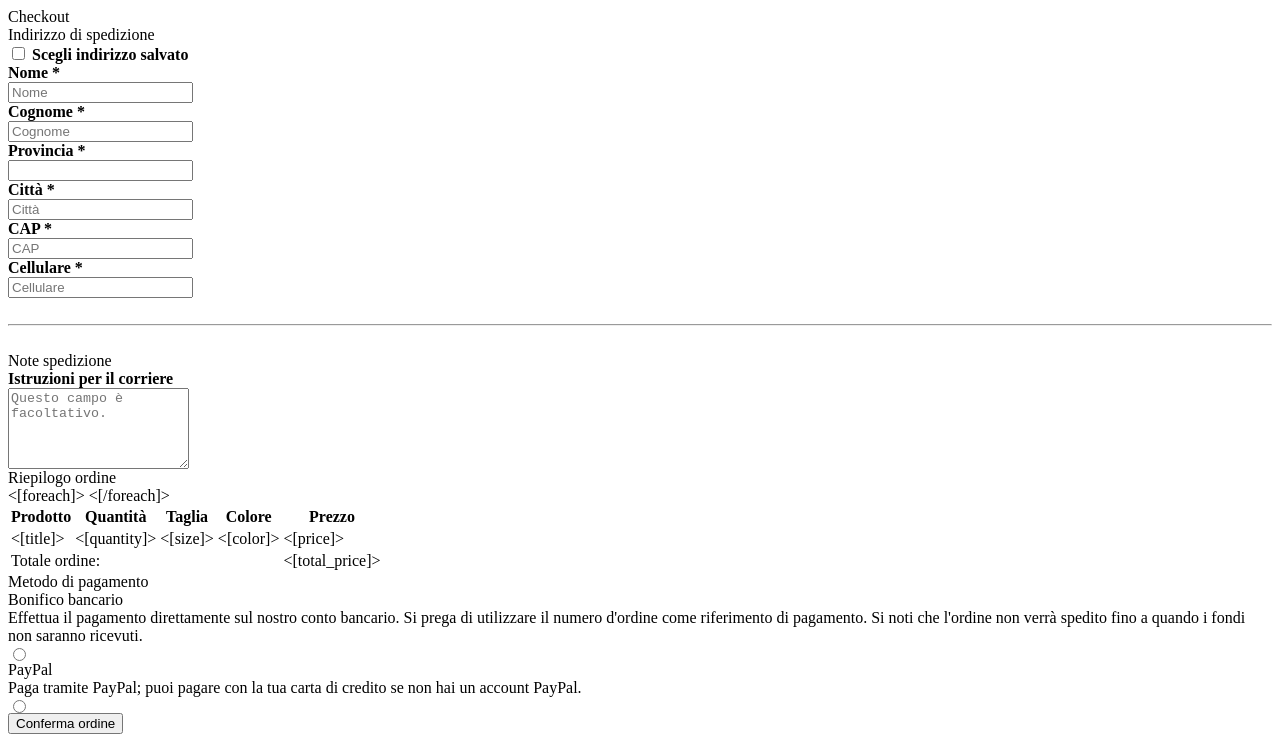
Repository: i4c0ni99/MotorShop
Page: skins/motor-html-package/motor/checkout.html
An editor plug-in stored every save of this project. The page is shown before and after the next save, followed by the edit.
The browser window is 1280 px wide. The pictures show the whole page.

Above is the page before, as saved 2024-10-21 17:54:41.

After the next save:
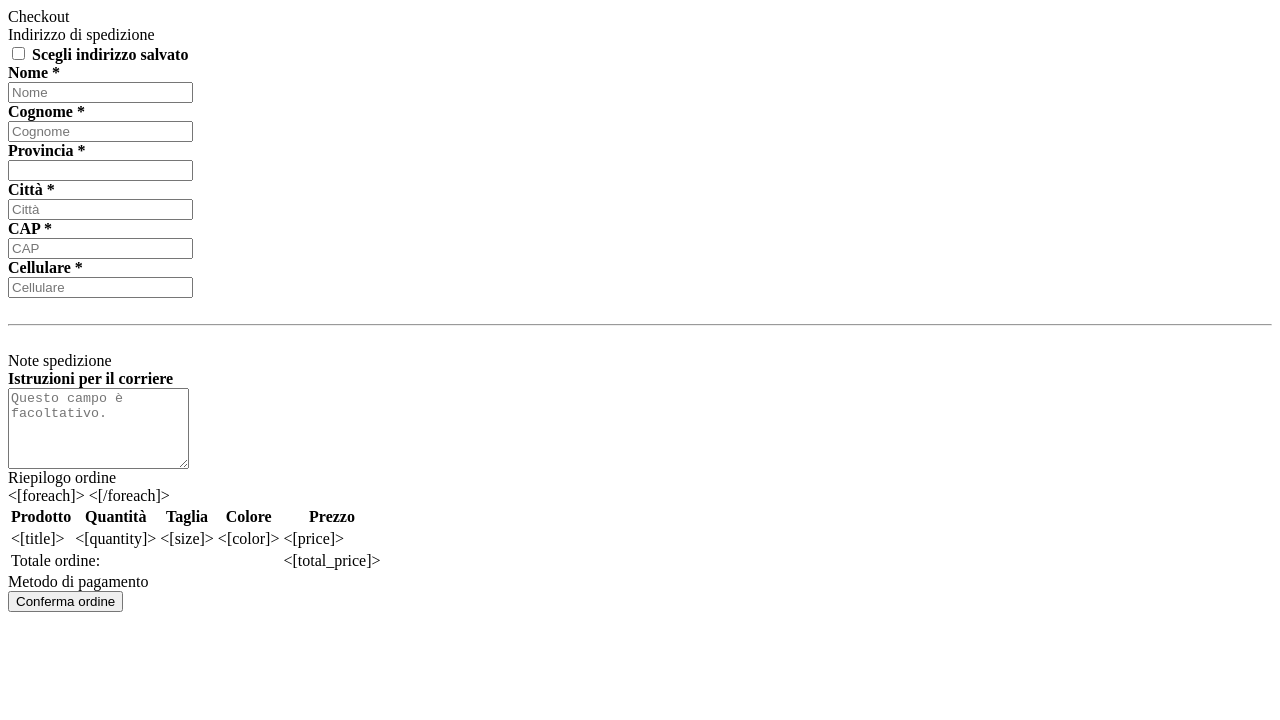
Saved 95 s later.
--- a/skins/motor-html-package/motor/checkout.html
+++ b/skins/motor-html-package/motor/checkout.html
@@ -186,33 +186,33 @@
                   <div class="text-main">Metodo di pagamento</div>
                 </div>
               </div>
-              <div class="well-2-body">
-                <div class="mv-block-style-38">
-                  <div class="block-38-list method-payment-list">
-                    <div class="item">
-                      <label class="block-38-header mv-btn mv-btn-style-4 btn-choose-method"><span class="block-38-visual-box"><span class="icon-checked"></span>
-                      </span><span class="block-38-title"><span class="title-text">Bonifico bancario</span></span><span class="block-38-minus-plus fa fa-plus"></span></label>
-                      <div class="block-38-body">
-                        <div class="block-38-content">Effettua il pagamento direttamente sul nostro conto bancario.
-                          Si prega di utilizzare il numero d'ordine come riferimento di pagamento.
-                          Si noti che l'ordine non verrà spedito fino a quando i fondi non saranno ricevuti.</div>
-                      </div>
-                      <input type="radio" name="payment_method" value="Bonifico bancario" class="hidden">
-                    </div>
-                    <div class="item">
-                      <label class="block-38-header mv-btn mv-btn-style-4 btn-choose-method"><span class="block-38-visual-box"><span class="icon-checked"></span>
-                      </span><span class="block-38-title"><span class="title-text">PayPal</span></span><span class="block-38-minus-plus fa fa-plus"></span></label>
-                      <div class="block-38-body">
-                        <div class="block-38-content">Paga tramite PayPal; puoi pagare con la tua carta di credito se non hai un account PayPal.</div>
-                      </div>
-                      <input type="radio" name="payment_method" value="PayPal" class="hidden">
-                    </div>
-                  </div>
-                </div>
-                <input type="hidden" name="payment_method" id="payment_method" value="Bonifico Bancario">
-              </div>
-            </div>
-          </div>
+
+
+
+
+
+
+
+
+
+
+
+
+
+
+
+
+
+
+
+
+
+
+
+
+
+
+
 
         </div>
       </div>

After the save that followed:
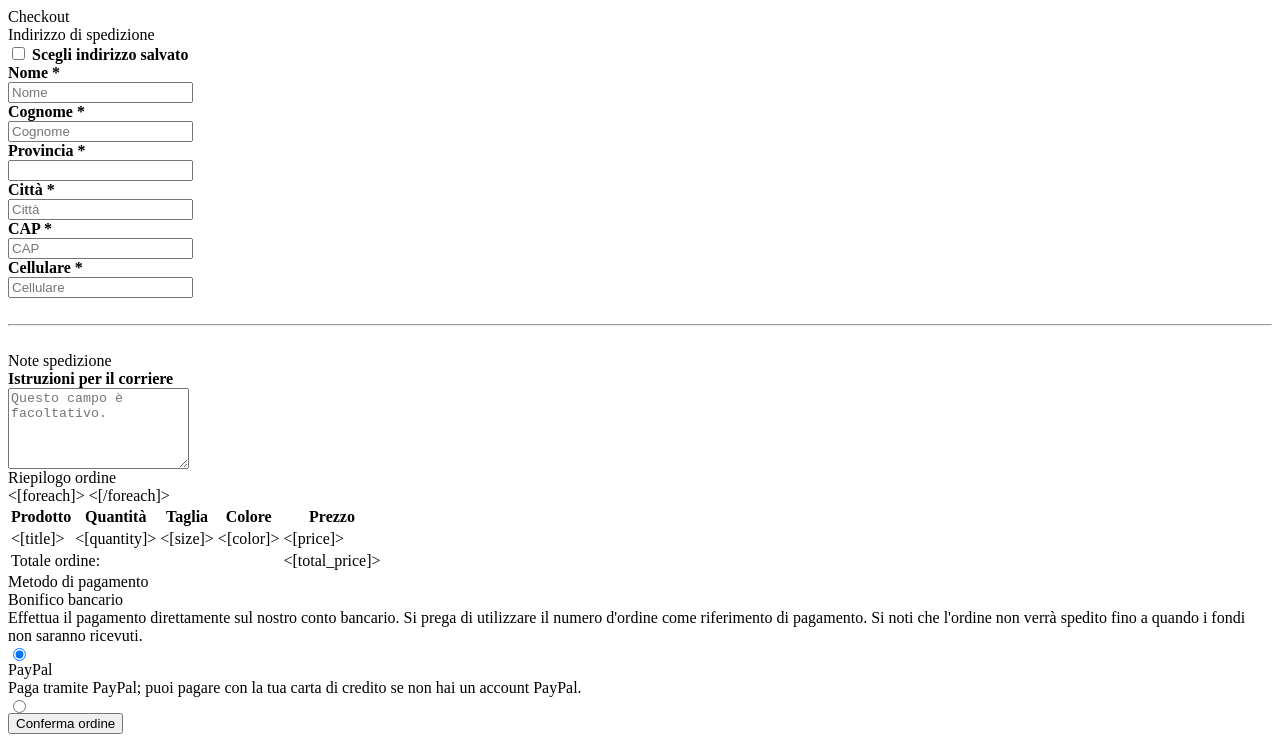
Saved 4 s later.
--- a/skins/motor-html-package/motor/checkout.html
+++ b/skins/motor-html-package/motor/checkout.html
@@ -187,32 +187,43 @@
                 </div>
               </div>
 
-
-
-
-
-
-
-
-
-
-
-
-
-
-
-
-
-
-
-
-
-
-
-
-
-
-
+              <div class="well-2-body">
+                <div class="mv-block-style-38">
+                  <div class="block-38-list method-payment-list">
+                    <div class="item">
+                      <label class="block-38-header mv-btn mv-btn-style-4 btn-choose-method">
+                        <span class="block-38-visual-box"><span class="icon-checked"></span></span>
+                        <span class="block-38-title"><span class="title-text">Bonifico bancario</span></span>
+                        <span class="block-38-minus-plus fa fa-plus"></span>
+                      </label>
+                      <div class="block-38-body">
+                        <div class="block-38-content">Effettua il pagamento direttamente sul nostro conto bancario. Si prega di utilizzare il numero d'ordine come riferimento di pagamento. Si noti che l'ordine non verrà spedito fino a quando i fondi non saranno ricevuti.</div>
+                      </div>
+                      <input type="radio" name="payment_method" value="Bonifico bancario" class="hidden" checked>
+                    </div>
+                    <div class="item">
+                      <label class="block-38-header mv-btn mv-btn-style-4 btn-choose-method">
+                        <span class="block-38-visual-box"><span class="icon-checked"></span></span>
+                        <span class="block-38-title"><span class="title-text">PayPal</span></span>
+                        <span class="block-38-minus-plus fa fa-plus"></span>
+                      </label>
+                      <div class="block-38-body">
+                        <div class="block-38-content">Paga tramite PayPal; puoi pagare con la tua carta di credito se non hai un account PayPal.</div>
+                      </div>
+                      <input type="radio" name="payment_method" value="PayPal" class="hidden">
+                    </div>
+                  </div>
+                </div>
+                <input type="hidden" name="payment_method" id="payment_method" value="Bonifico bancario">
+              </div>
+
+              <script>
+                document.querySelectorAll('input[name="payment_method"]').forEach((input) => {
+                  input.addEventListener('change', function() {
+                    document.getElementById('payment_method').value = this.value;
+                  });
+                });
+              </script>
 
         </div>
       </div>
